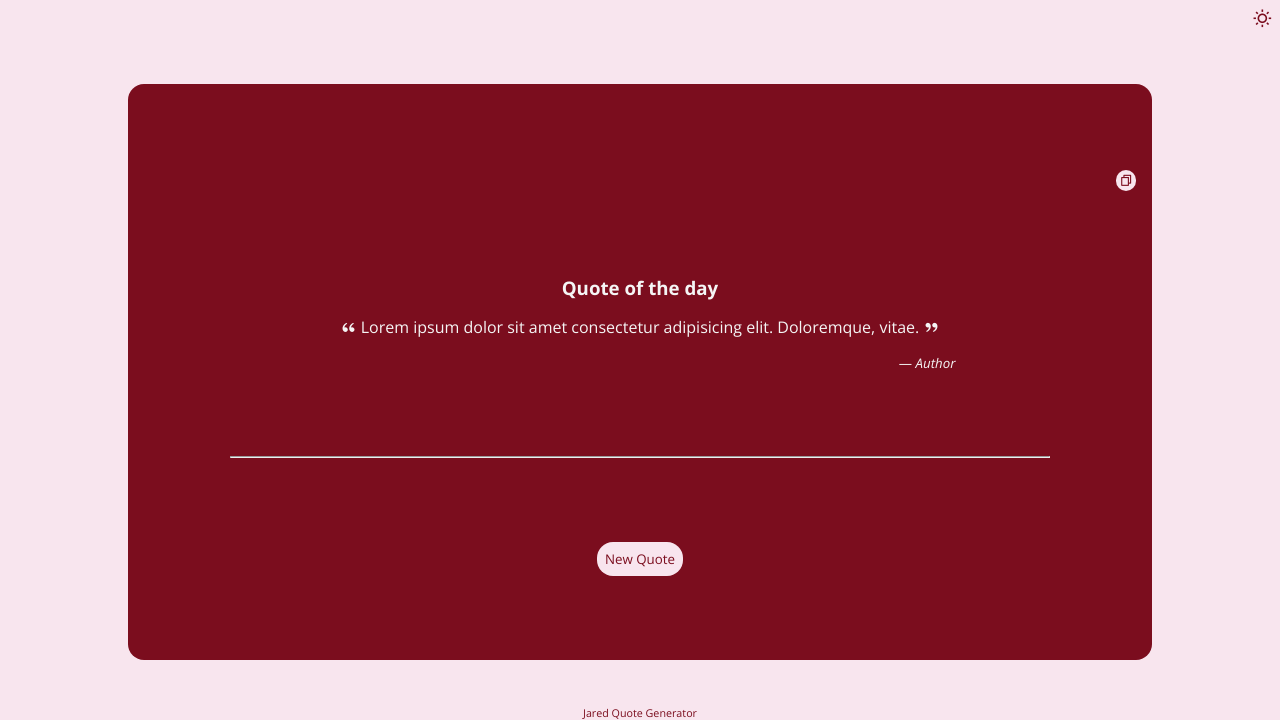
Repository: EguJaredoBoyd/Jared-Quote-Generator
Page: html/main.html
These files come from the project's save history. The page is drawn as it stood at one moment and after the next save; the edit follows.
The browser window is 1280 px wide. The pictures show the whole page.
After loading, the first visible `#theme-toggle` was clicked once.
Some web libraries are served in a nearby version.

Above is the page before, as saved 2026-01-09 22:14:30.

After the next save:
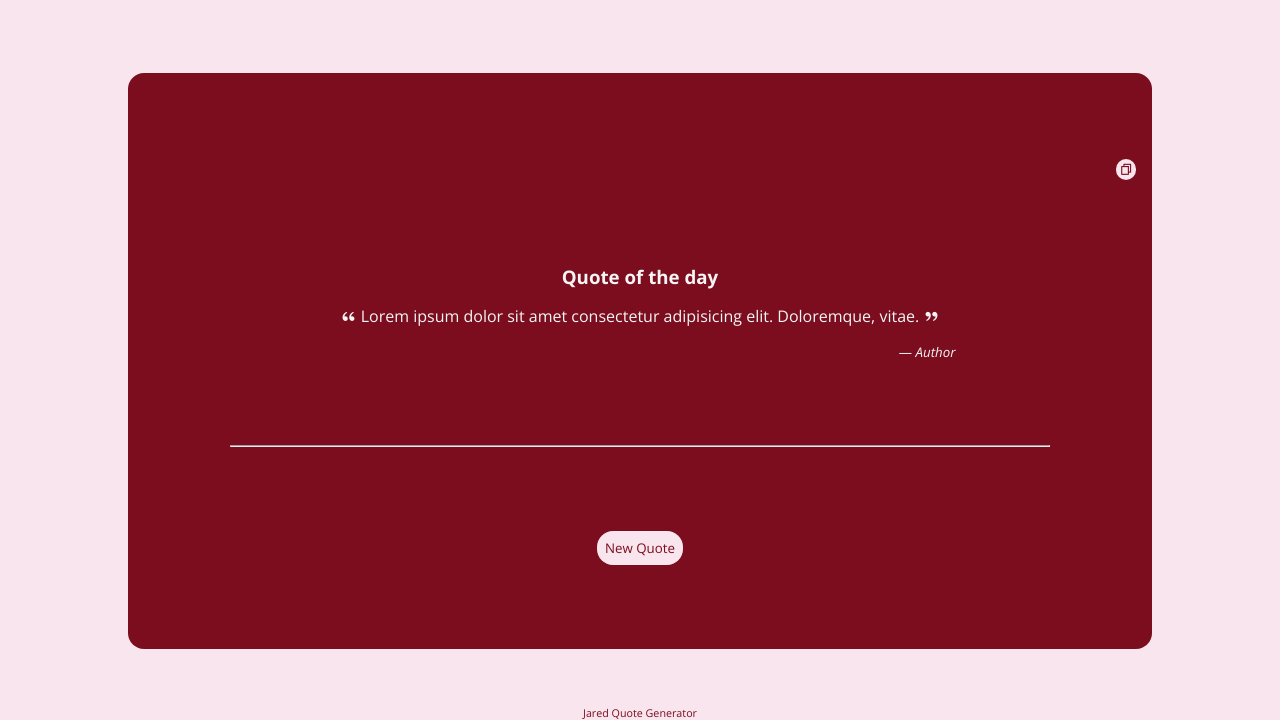
Saved 72 s later.
--- a/js/theme.js
+++ b/js/theme.js
@@ -10,7 +10,9 @@
     //Add a class of moon to the <i> tag
     if (lighterTheme === true) {
       const savedTheme = JSON.parse(localStorage.getItem("Lighter-Theme"));
-      console.log(typeof savedTheme);
+
+      //Remove default theme
+      themeIcon.classList.remove("ri-sun-line");
     }
     //Save lighter-theme to the localStorage
     localStorage.setItem("Lighter-Theme", JSON.stringify(lighterTheme));

After the save that followed:
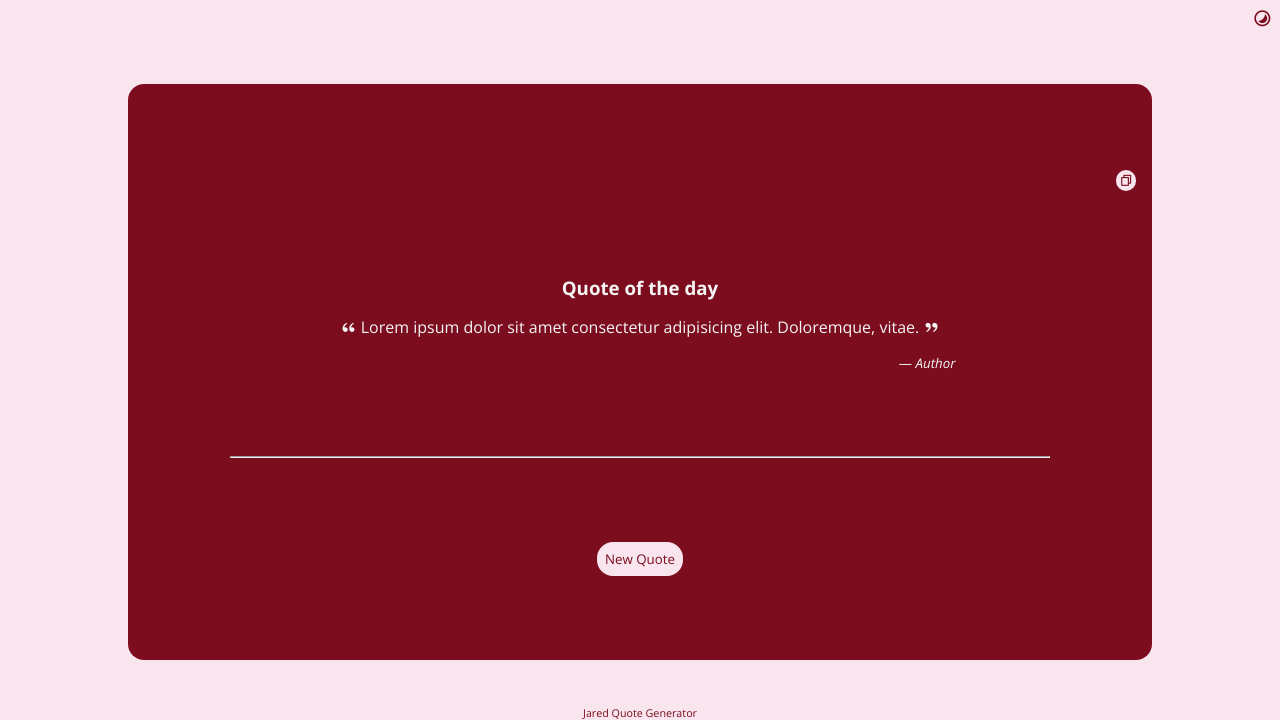
Saved 68 s later.
--- a/js/theme.js
+++ b/js/theme.js
@@ -13,6 +13,7 @@
 
       //Remove default theme
       themeIcon.classList.remove("ri-sun-line");
+      themeIcon.classList.add("ri-contrast-2-line");
     }
     //Save lighter-theme to the localStorage
     localStorage.setItem("Lighter-Theme", JSON.stringify(lighterTheme));
